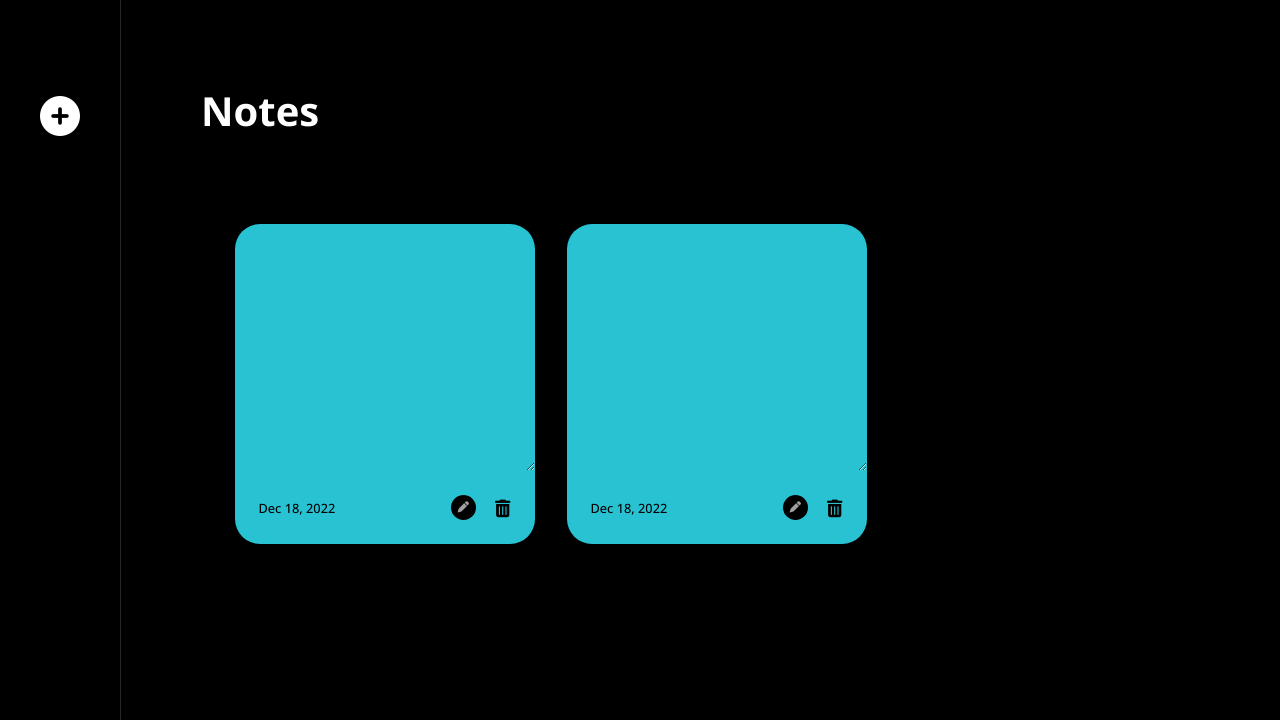
Repository: emiliaiwu/notes_app
Page: index.html
These files come from the project's save history. The page is drawn as it stood at one moment and after a run of saves; the edit follows.
The browser window is 1280 px wide. The pictures show the whole page.
An inner scrolling area shows only its first screen. Some web libraries are served in a nearby version.

Above is the page before, as saved 2022-12-21 01:00:55.

After the next 2 saves:
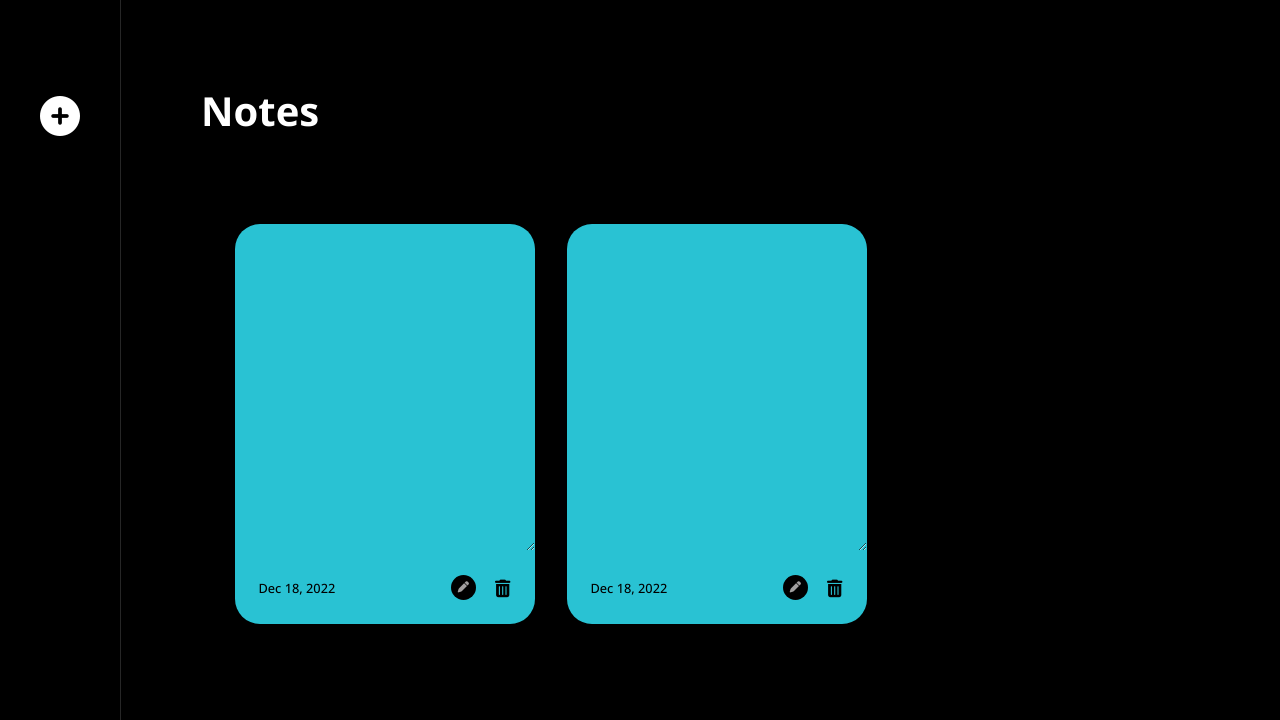
The 2 saves are shown as one change because they came seconds apart.
The last was saved 17 s later.
--- a/style.css
+++ b/style.css
@@ -84,7 +84,7 @@ h1 {
 .notes {
     display: grid;
     grid-template-columns: repeat(3, 300px);
-    grid-template-rows: repeat(3, 320px);
+    grid-template-rows: repeat(3, 400px);
    justify-content: center;
     gap: 2rem;
     width: 100%;
